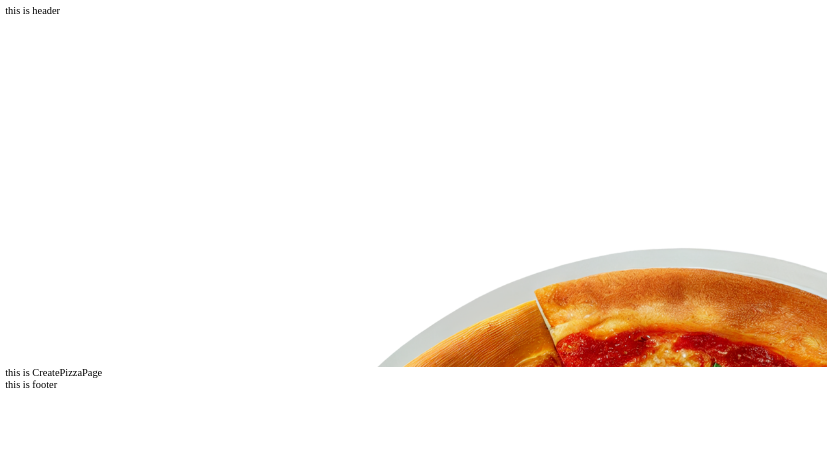
Repository: 16-Doffy/Pizza-Store
Page: /
The author's editor kept a copy of each file at every save. The page is drawn from the files as they stood at one save, then again after the next save.
The browser window is 1280 px wide. The pictures show the whole page, at 65% of full size.
An inner scrolling area shows only its first screen. The project was rebuilt for these pictures with package versions that can differ from the ones it lists, and the page was loaded fresh each time. Also part of the build but not shown: webpack.config.js.

Above is the page before, as saved 2025-02-06 22:13:54.

After the next save:
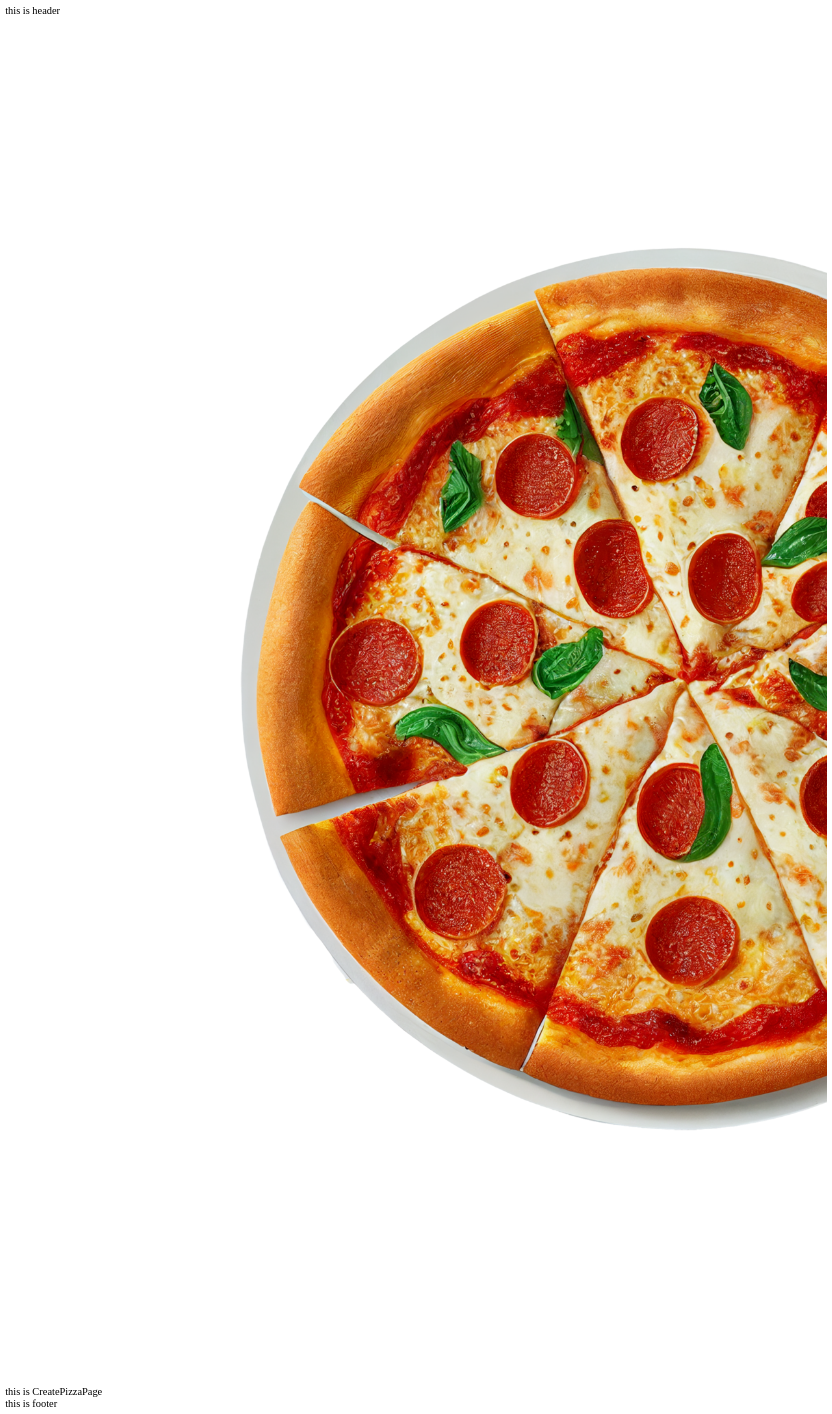
Saved 22 s later.
--- a/src/pages/HomePage.tsx
+++ b/src/pages/HomePage.tsx
@@ -2,7 +2,7 @@
 
 const HomePage = () => {
   return (
-    <div style={{ height: "calc(100vh - 309px)", padding: "4rem", overflow: "auto" }}>
+    <div style={{ padding: "4rem", overflow: "auto" }}>
       <div className="wrapper-card-items">
         <div className="card-items">
           <img src="/pizza.png" alt="pizza" className="card-img-pizza" />

After the save that followed:
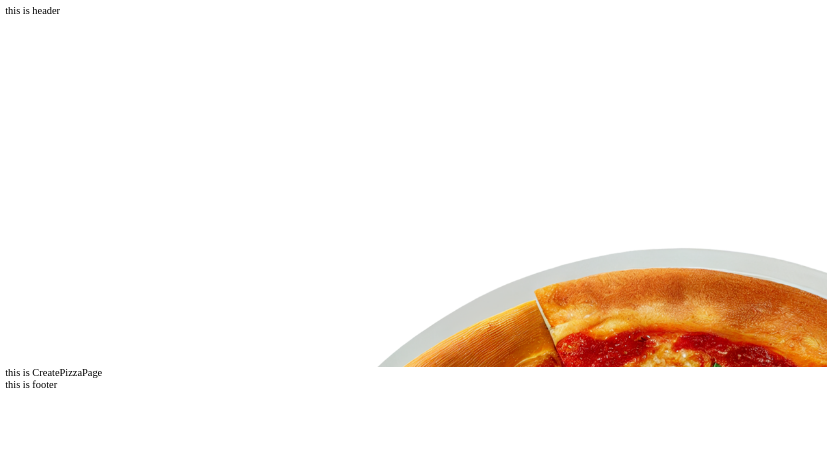
Saved 11 s later.
--- a/src/pages/HomePage.tsx
+++ b/src/pages/HomePage.tsx
@@ -2,7 +2,7 @@
 
 const HomePage = () => {
   return (
-    <div style={{ padding: "4rem", overflow: "auto" }}>
+    <div style={{ height: "calc(100vh - 309px)", padding: "4rem", overflow: "auto" }}>
       <div className="wrapper-card-items">
         <div className="card-items">
           <img src="/pizza.png" alt="pizza" className="card-img-pizza" />
